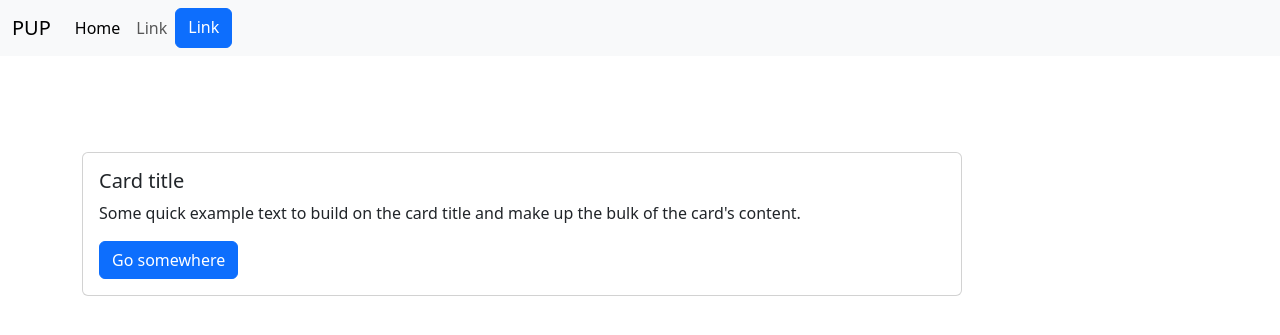
Repository: Nicktacku/webdev
Page: form.html
An editor plug-in stored every save of this project. The page is shown before and after the next save, followed by the edit.
The browser window is 1280 px wide. The pictures show the whole page.

Above is the page before, as saved 2024-07-15 16:25:24.

After the next save:
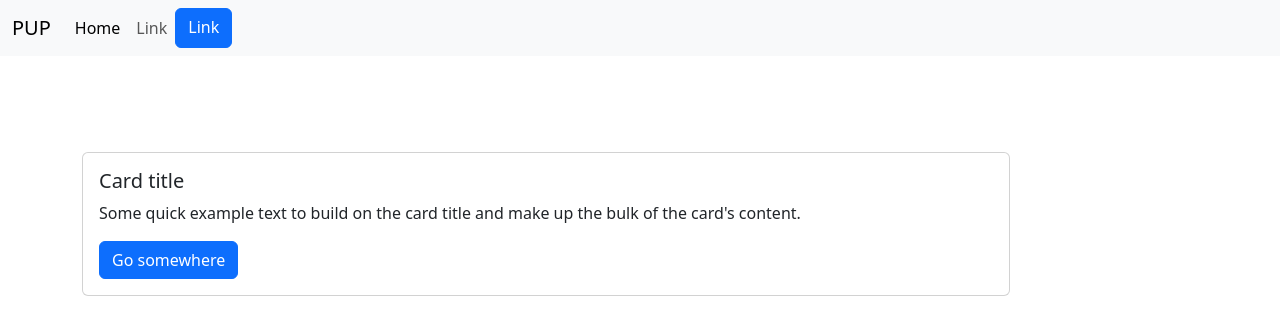
Saved 5 s later.
--- a/form.html
+++ b/form.html
@@ -44,7 +44,7 @@
     <div
       class="container mt-5 pt-5"
     >
-    <div class="card" style="width: 55rem;">
+    <div class="card" style="width: 58rem;">
 
         <div class="card-body">
           <h5 class="card-title">Card title</h5>
